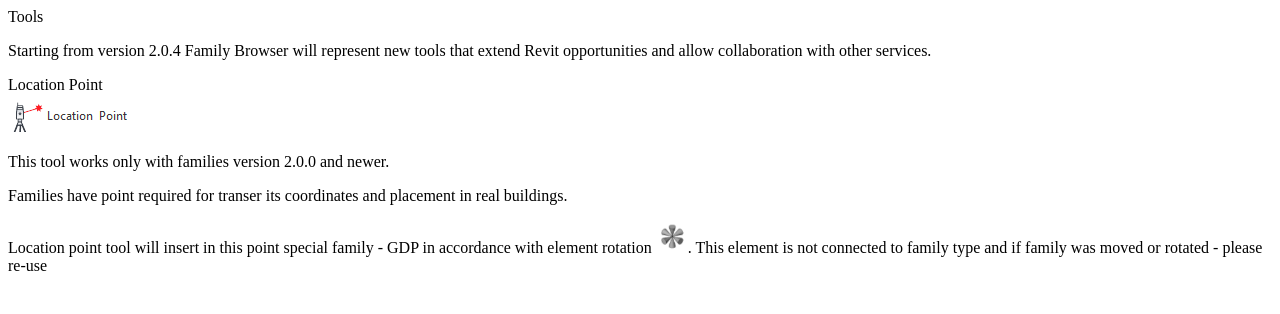
Repository: RomanLavrov/FamilyBrowserUserGuide
Page: http://localhost/FamilyBrowser/application/views/en/tools_view.php
These files come from the project's save history. The page is drawn as it stood at one moment and after a run of saves; the edit follows.
The browser window is 1280 px wide. The pictures show the whole page.
The page is run by PHP 8.4 with error messages shown; the project is at /var/www/html/.

Above is the page before, as saved 2019-10-24 11:59:49.

### FamilyBrowser/application/views/en/tools_view.php
<div class="article-header">Tools</div>
<div class="article-content">
      <p>
            Starting from version 2.0.4 Family Browser will represent new tools that extend Revit opportunities and
            allow collaboration with other services. </p>
</div>

<div class="article-header">Location Point</div>
<div class="article-content">
<img  src="/FamilyBrowser/images/LocationPointButton_en.png" alt="">
      <p>This tool works only with families version 2.0.0 and newer.</p>
      <p>Families have point required for transer its coordinates and placement in real buildings.</p>
      <p>Location point tool will insert in this point special family - GDP in accordance with element rotation
            <img style = "height:32px"src="/FamilyBrowser/images/GDP.png" alt="">. This element is not connected to family type and if family was moved or rotated - please re-use
</p>
</div>

After the next 3 saves:
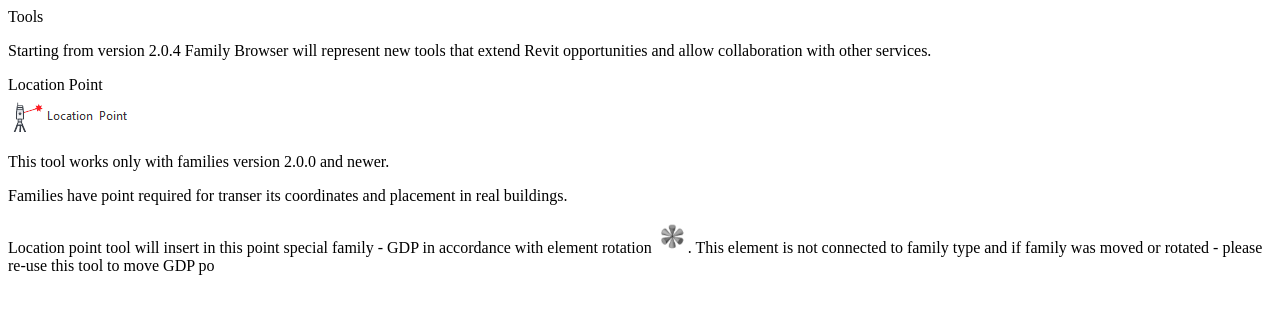
The 3 saves are shown as one change because they came seconds apart.
The last was saved 13 s later.
--- a/FamilyBrowser/application/views/en/tools_view.php
+++ b/FamilyBrowser/application/views/en/tools_view.php
@@ -11,6 +11,6 @@
       <p>This tool works only with families version 2.0.0 and newer.</p>
       <p>Families have point required for transer its coordinates and placement in real buildings.</p>
       <p>Location point tool will insert in this point special family - GDP in accordance with element rotation
-            <img style = "height:32px"src="/FamilyBrowser/images/GDP.png" alt="">. This element is not connected to family type and if family was moved or rotated - please re-use
+            <img style = "height:32px"src="/FamilyBrowser/images/GDP.png" alt="">. This element is not connected to family type and if family was moved or rotated - please re-use this tool to move GDP po
 </p>
 </div>
